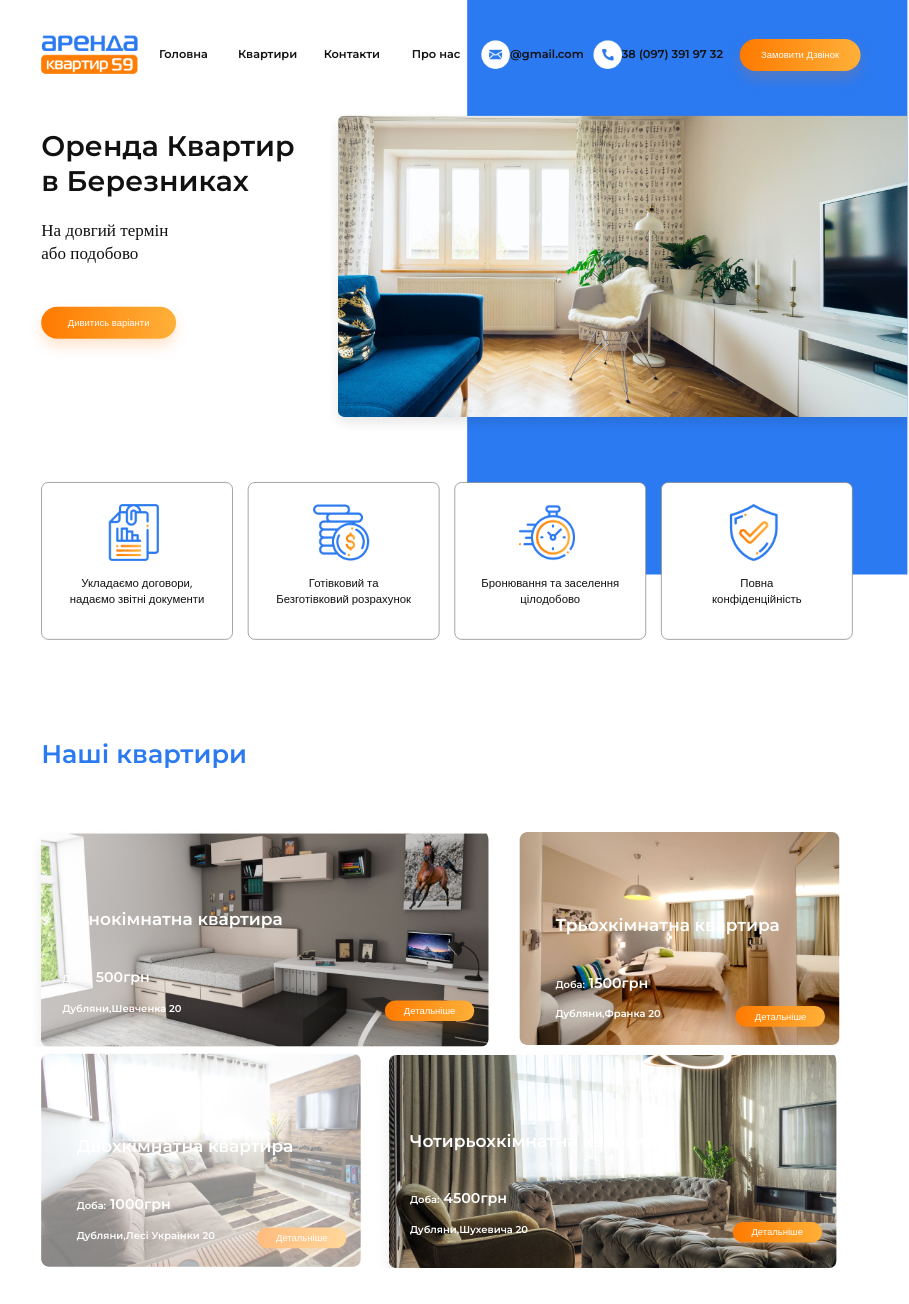
Repository: batonAnton/HW-7-grid
Page: index.html
These files come from the project's save history. The page is drawn as it stood at one moment and after the next save; the edit follows.
The browser window is 1280 px wide. The pictures show the whole page, at 71% of full size.

Above is the page before, as saved 2022-06-25 21:21:53.

### index.html
<!DOCTYPE html>
<html lang="en">
<head>
    <meta charset="UTF-8">
    <meta http-equiv="X-UA-Compatible" content="IE=edge">
    <meta name="viewport" content="width=device-width, initial-scale=1.0">
    <link rel="preconnect" href="https://fonts.googleapis.com">
    <link rel="preconnect" href="https://fonts.gstatic.com" crossorigin>
    <link href="https://fonts.googleapis.com/css2?family=Montserrat:wght@600&display=swap" rel="stylesheet">
    <link rel="preconnect" href="https://fonts.googleapis.com">
    <link rel="preconnect" href="https://fonts.gstatic.com" crossorigin>
    <link href="https://fonts.googleapis.com/css2?family=Open+Sans&display=swap" rel="stylesheet">
    <link rel="stylesheet" href="./css/styles2.css">
    <title>Grid</title>
</head>

        <div  class="wrapper allstyles">
            <header>
                <img src="./images/logo.png" alt="logo">
                <a href="" class="menu">Головна</a>
                <a href="" class="menu">Квартири</a>
                <a href="" class="menu">Контакти</a>
                <a href="" class="menu">Про нас</a>

                <div class="item mail">
                    <img src="./images/email.png" alt="email">
                    <p>@gmail.com</p>
                </div>
                <div class="item phone">
                    <img src="./images/phone.png" alt="phone">
                    <p>38 (097) 391 97 32</p>
                </div>
                <div class="item btn">
                        <button>Замовити Дзвінок </button>
                </div>
            </header>
            </div>





            <div class=" wrapper2  allstyles">
                <div class="info">
                    <h1>Оренда Квартир <br> в Березниках</h1>
                    <p>На довгий термін <br> або подобово</p>
                    <button class="btn">Дивитись варіанти</button>
                </div>
                <div class="blueblock"></div>

                <div class="banner">

                </div>
            </div>
        </div>


    <div class="wrapper3 allstyles">
         <div class=" block block1">
             <img src="./images/header 1.1.png" alt="img">
             <p>
                Укладаємо договори, <br> надаємо звітні документи
             </p>
         </div>
         <div class="block block2">
            <img src="./images/header 1.2.png" alt="img">
            <p>
                Готівковий та <br>
                Безготівковий розрахунок
            </p>
         </div>
         <div class="block block3">
            <img src="./images/header 1.3.png" alt="img">
            <p>
                Бронювання та заселення <br> цілодобово
            </p>

         </div>
         <div class="block block4">
            <img src="./images/header 1.4.png" alt="img">
            <p>
                Повна <br> конфіденційність
            </p>
         </div>
    </div>

    <div class="wrapper4 allstyles">
        <h1 class="wrapper4-h1">Наші квартири</h1>

        <div class="img1-1">
            <h1>Однокімнатна квартира</h1>
            <p class="price"> <span class="p-price">Доба:</span> 500грн</p>
            <p class="p-price location">Дубляни,Шевченка 20</p>
            <button class="btn">Детальніше</button>
        </div>
        <div class="img1-2">
            <h1>Трьохкімнатна квартира</h1>
            <p class="price"> <span class="p-price">Доба:</span>  1500грн</p>
            <p class="p-price location">Дубляни,Франка 20</p>
            <button class="btn">Детальніше</button>
        </div>
        <div class="img2-1">
            <h1>Двохкімнатна квартира</h1>
            <p class="price"> <span class="p-price">Доба:</span>  1000грн</p>
            <p class="p-price location">Дубляни,Лесі Українки 20</p>
            <button class="btn">Детальніше</button>
        </div>
        <div class="img2-2">
            <h1>Чотирьохкімнатна квартира</h1>
            <p class="price"> <span class="p-price">Доба:</span>  4500грн</p>
            <p class="p-price location">Дубляни,Шухевича 20</p>
            <button class="btn">Детальніше</button>
        </div>
    </div>









</body>
</html>

### css/styles2.css
* {
  box-sizing: border-box;
}

.allstyles {
  margin: 50px 50px;
}

header {
  display: grid;
  gap: 10px;
  grid-template-columns: repeat(8, 1fr);
  grid-template-rows: 1fr;
  z-index: 1;
}

.wrapper {
  display: flex;
  justify-content: space-between;
}

.menu {
  font-family: "Montserrat", sans-serif;
  font-style: normal;
  font-weight: 600;
  font-size: 16px;
  line-height: 20px;
  text-decoration: none;
  color: #111111;
  transition: all 1s;
}

.menu:hover {
  text-decoration: underline;
}

.phone,
.mail {
  font-family: "Montserrat", sans-serif;
  font-style: normal;
  font-weight: 600;
  font-size: 16px;
  line-height: 20px;
  text-decoration: none;
  color: #111111;
  transition: all 1s;
}

.menu,
.phone,
.mail,
.btn {
  justify-content: center;
  align-items: center;
  display: flex;
}

.phone,
.btn {
  width: 190px;
}

.btn button, .wrapper4 .btn {
  padding: 15px 30px;
  color: #fff;
  background: linear-gradient(89.77deg, #ff7a00 0.2%, #ffb039 99.82%);
  box-shadow: 0px 10px 20px rgba(255, 122, 0, 0.2);
  border-radius: 25px;
  border: none;
}

.wrapper2 {
  display: grid;
  grid-template-columns: repeat(5, 1fr);
  grid-template-rows: repeat(5, 1fr);
  z-index: 0;
}

.wrapper2 .info {
  grid-column: 1/3;
  grid-row: 1/6;
}

.info h1 {
  font-family: "Montserrat";
  font-style: normal;
  font-weight: 800;
  font-size: 40px;
  line-height: 49px;
  display: flex;
  align-items: center;
  color: #111111;
}

.info p {
  font-family: "Open Sans";
  font-style: normal;
  font-weight: 400;
  font-size: 24px;
  line-height: 33px;
  color: #111111;
}
.wrapper2 .banner {
  grid-column: 3/6;
  grid-row: 1/6;
  background-image: url(../images/bigBanner.png);
  background-repeat: no-repeat;
  background-size: contain;
  /* height: 420px; */
  margin-right: -56px;
}

.wrapper2 .btn {
  margin-top: 60px;
  padding: 15px 30px;
  color: #fff;
  background: linear-gradient(89.77deg, #ff7a00 0.2%, #ffb039 99.82%);
  box-shadow: 0px 10px 20px rgba(255, 122, 0, 0.2);
  border-radius: 25px;
  border: none;
}

.blueblock {
  grid-column: 4/6;
  grid-row: 1/6;
  background: #2b7af1;
  border-radius: 0px 0px 0px 10px;
  margin-top: -155px;
  margin-right: -56px;

  width: 620px;
  height: 810px;
}

.wrapper3 {
  display: grid;
  grid-template-columns: repeat(4, 1fr);
  margin-top: -180px;
  z-index: 1;
}

.wrapper3 p {
  font-family: "Open Sans", sans-serif;
  font-style: normal;
  font-weight: 400;
  font-size: 16px;
  line-height: 22px;
  text-align: center;
  color: #111111;
}

.block {
  width: 270px;
  /* height: 170px; */
  padding: 30px 20px;
  background: #ffffff;
  border-radius: 10px;
  border: 1px solid gray;
}

.block img {
  width: 80px;
  height: 80px;
  margin-left: 70px;
}

.block1,
.block2,
.block3,
.block4 {
  /* display: flex; */
  justify-content: space-around;
}

.block1 {
  grid-column: 1/2;
}

.block2 {
  grid-column: 2/3;
}

.block3 {
  grid-column: 3/4;
}

.block4 {
  grid-column: 4/5;
}

.wrapper4 {
  display: grid;
  grid-template-columns: repeat(5, 1fr);
  grid-template-rows: repeat(5, 1fr);
  margin-top: 115px;
  gap: 10px;
}

.wrapper4-h1 {
  grid-column: 1/6;
  font-family: "Montserrat";
  font-style: normal;
  font-weight: 800;
  font-size: 36px;
  line-height: 44px;
  color: #2b7af1;
}

.img1-1 {
  grid-column: 1/4;
  grid-row: 2/4;
  width: 650px;
  height: 300px;
  height: 310px;
  margin-top: -8px;
  background-image: url("../images/wrapper4/Background\ 1.1.png");
  /* background-size: contain; */
  background-repeat: no-repeat;
  /* filter: brightness(50%); */
  border-radius: 10px;
  border-top-right-radius: 20px;
  margin-left: -20px;
}

.img1-2 {
  grid-column: 4/6;
  grid-row: 2/4;
  width: 450px;
  height: 300px;
  background-image: url("../images/wrapper4/Background\ 1.2.png");
  /* background-size: contain; */
  background-repeat: no-repeat;
  /* filter: brightness(50%); */
  border-radius: 10px;
  margin-left: -30px;
}

.img2-1 {
  grid-column: 1/3;
  grid-row: 4/6;
  width: 450px;
  height: 300px;
  background-image: url("../images/wrapper4/Background\ 2.1.png");
  /* background-size: contain; */
  background-repeat: no-repeat;
  /* filter: brightness(50%); */
  border-radius: 10px;
  opacity: 0.5;
}

.img2-2 {
  grid-column: 3/6;
  grid-row: 4/6;
  width: 650px;
  height: 300px;
  height: 310px;
  margin-top: -8px;
  background-image: url("../images/wrapper4/Background\ 2.2.png");
  /* background-size: contain; */
  background-repeat: no-repeat;
  /* background-size: contain; */
  background-repeat: no-repeat;
  /* filter: brightness(50%); */
  border-radius: 10px;
  border-top-right-radius: 20px;
}

.wrapper4 .img1-1 h1 {
  padding: 100px 50px 30px 50px;
  font-family: "Montserrat";
  font-style: normal;
  font-weight: 800;
  font-size: 24px;
  line-height: 29px;
  color: #ffffff;
  /* filter: brightness(100%)!important; */
}

.wrapper4 .img1-2 h1 {
    padding: 100px 50px 30px 50px;
    font-family: "Montserrat";
    font-style: normal;
    font-weight: 800;
    font-size: 24px;
    line-height: 29px;
    color: #ffffff;
    /* filter: brightness(100%)!important; */
  }

  .wrapper4 .img2-1 h1 {
    padding: 100px 50px 30px 50px;
    font-family: "Montserrat";
    font-style: normal;
    font-weight: 800;
    font-size: 24px;
    line-height: 29px;
    color: #ffffff;
    filter: brightness(100%)!important;
  }

  .wrapper4 .img2-2 h1 {
    padding: 100px 50px 30px 50px;
    font-family: "Montserrat";
    font-style: normal;
    font-weight: 800;
    font-size: 24px;
    line-height: 29px;
    color: #ffffff;
    filter: brightness(100%)!important;
  }

.wrapper4 .p-price{
    font-family: 'Montserrat';
    font-style: normal;
    font-weight: 400;
    font-size: 14px;
    line-height: 22px;
    color: #FFFFFF;
    display: inline;
}

 .wrapper4 .price{
    font-family: 'Montserrat';
    font-style: normal;
    font-weight: 800;
    font-size: 20px;
    line-height: 24px;
    color: #ffffff;
    margin-top: 25px;
    padding: 0px 50px 0px 50px;

}

.location{
    padding: 0px 50px 0px 50px;

}

.wrapper4 .btn{
    float: right;
    margin-right: 20px;
    padding: 7px 15px;
    width: 126px;
}

After the next save:
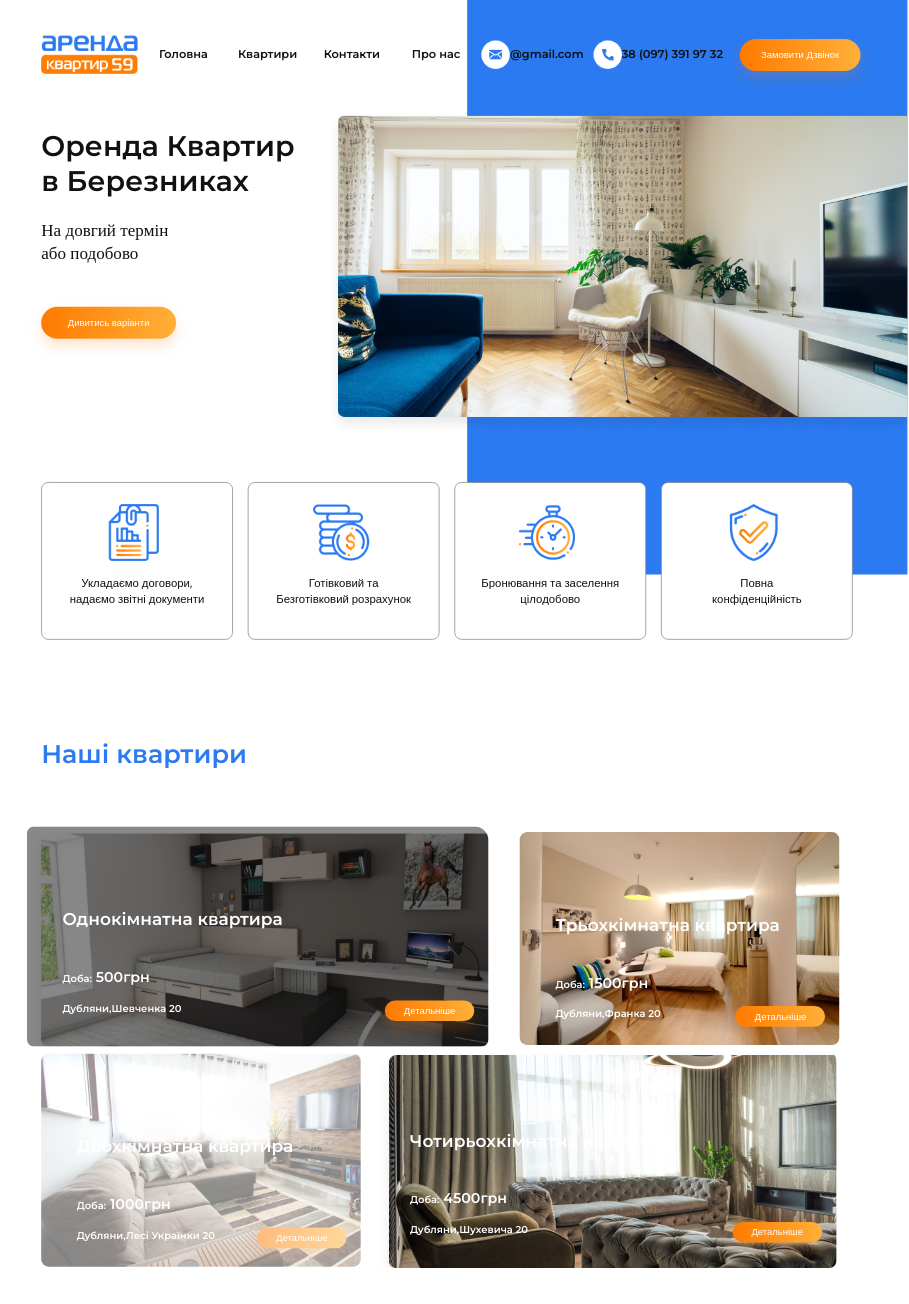
Saved 3 days later.
--- a/css/styles2.css
+++ b/css/styles2.css
@@ -213,7 +213,8 @@ header {
   height: 300px;
   height: 310px;
   margin-top: -8px;
-  background-image: url("../images/wrapper4/Background\ 1.1.png");
+  background: linear-gradient(rgba(17, 17, 17, 0.5), rgba(17, 17, 17, 0.5)), url(../images/wrapper4/Background\ 1.1.png);
+  /* background-image: url("../images/wrapper4/Background\ 1.1.png"); */
   /* background-size: contain; */
   background-repeat: no-repeat;
   /* filter: brightness(50%); */
